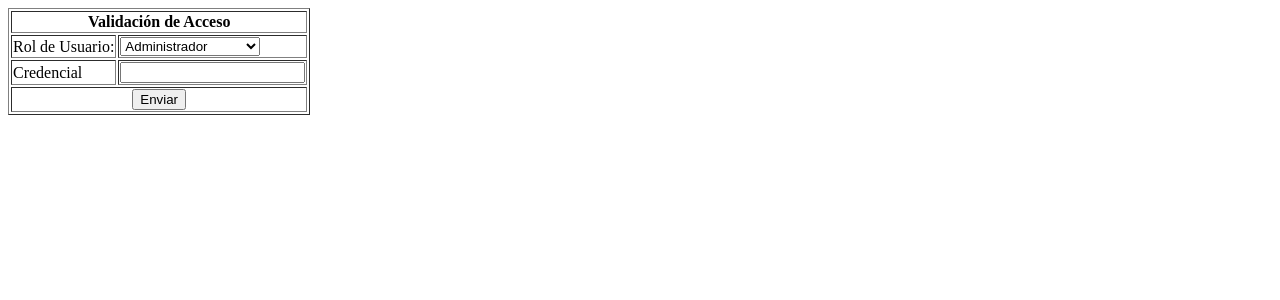
Repository: LuisCondori98/LP1-CIB
Page: http://localhost/Clase-02/jsp/acceso.jsp
An editor plug-in stored every save of this project. The page is shown before and after the next save, followed by the edit.
The browser window is 1280 px wide. The pictures show the whole page.
The page is served by Tomcat 9.

Above is the page before, as saved 2025-01-12 20:41:05.

After the next save:
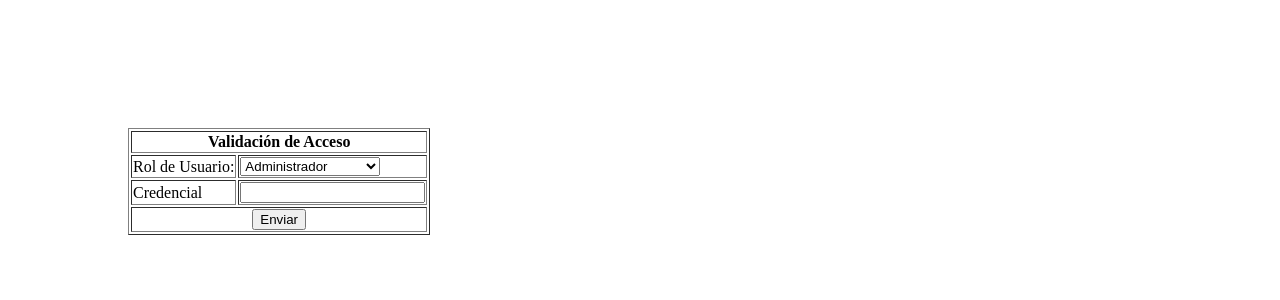
Saved 21 s later.
--- a/Clase-02/src/main/webapp/jsp/acceso.jsp
+++ b/Clase-02/src/main/webapp/jsp/acceso.jsp
@@ -7,7 +7,7 @@
 <title>Insert title here</title>
 </head>
 <body>
-	<form style="padding: '120px'" name="frmAcceso" method="post" action="validarCredencial.jsp">
+	<form style="padding: 120px" name="frmAcceso" method="post" action="validarCredencial.jsp">
 		<table border="1">
 			<tr>
 				<th colspan="2">Validación de Acceso</th>
